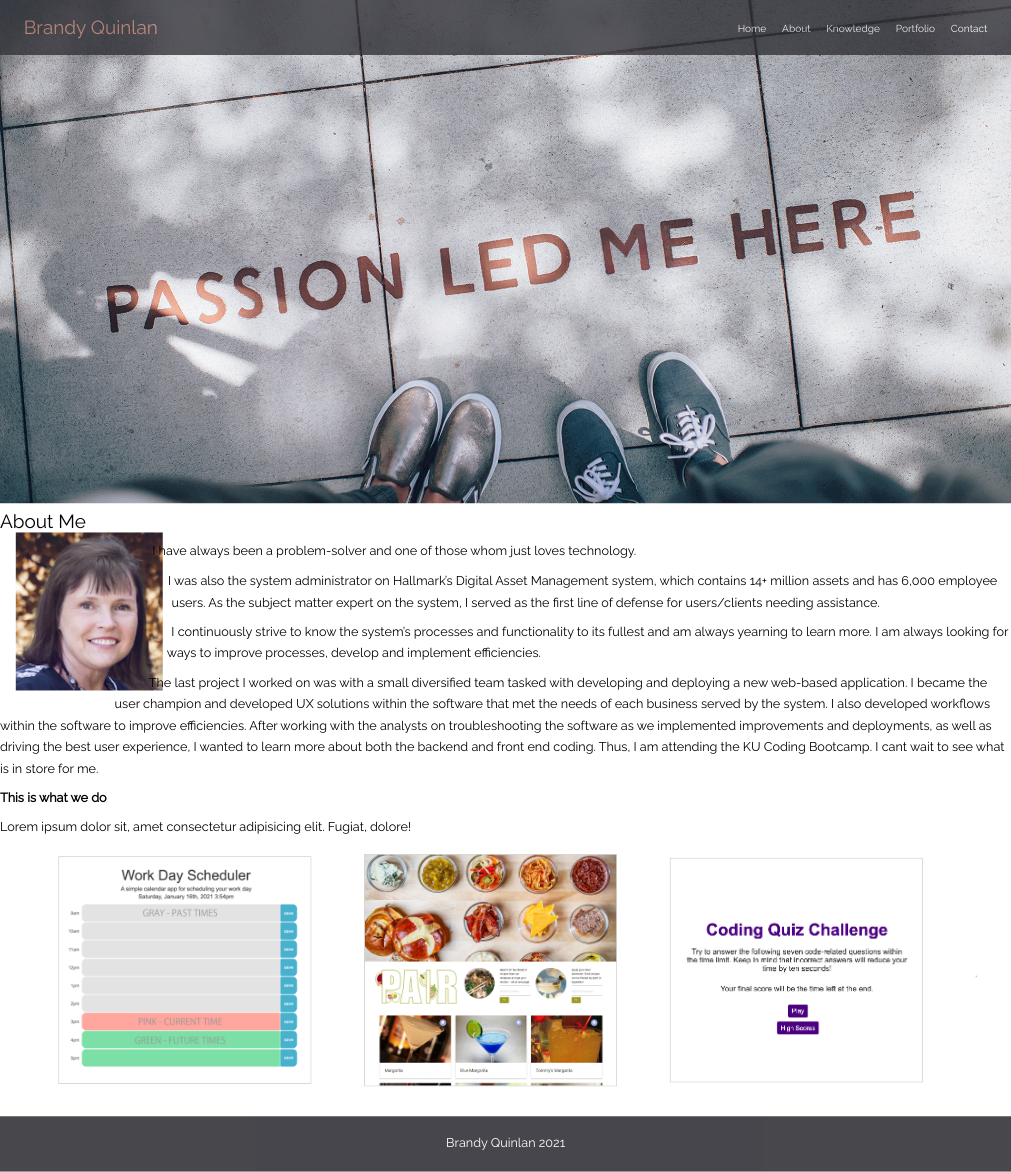
Repository: brandyquinlan/brandyquinlan
Page: index.html
An editor plug-in stored every save of this project. The page is shown before and after the next save, followed by the edit.
The browser window is 1280 px wide. The pictures show the whole page, at 79% of full size.
Some web libraries are served in a nearby version.

Above is the page before, as saved 2021-02-05 20:51:20.

### index.html
<!DOCTYPE html>
<html lang="en">

<head>
    <meta charset="UTF-8">
    <meta name="viewport" content="width=device-width, initial-scale=1.0">
    <link href="https://fonts.googleapis.com/css2?family=Roboto" rel="stylesheet">
    <link href="https://fonts.googleapis.com/css2?family=Raleway" rel="stylesheet">

    <link rel="stylesheet" href="https://cdnjs.cloudflare.com/ajax/libs/font-awesome/5.13.0/css/all.min.css" integrity="sha256-h20CPZ0QyXlBuAw7A+KluUYx/3pK+c7lYEpqLTlxjYQ=" crossorigin="anonymous" />
    <link rel="stylesheet" href="css/style.css">
    <title>Quinlan Portfolio</title>
</head>

<body id="home">
    <header class="hero">
        <div id="navbar" class="navbar">
            <h1 class="name">Brandy Quinlan</h1>
            <nav>
                <ul>
                    <li><a href="#home">Home</a></li>
                    <li><a href="#about">About</a></li>
                    <li><a href="#knowledge">Knowledge</a></li>
                    <li><a href="portfolio.html">Portfolio</a></li>
                    <li><a href="contact.html">Contact</a></li>
                </ul>
            </nav>
        </div>
        <section class="container">
            <img src="img/ian-schneider-TamMbr4okv4-unsplash.png" alt="" class="no-repeat  center center/cover">
        </section>
        <!-- <div id="content">
            <h1>My Slogan</h1>
            <p>Lorem ipsum dolor sit amet, consectetur adipisicing elit. Delectus, molestiae.</p>
        </div> -->
    </header>

    <!-- About -->
    <section id="aboutMe">
        <h1>About Me</h1>
        <div id="aboutRow1">

            <img class="float-left img-fluid mr-4 w-25" src="img/Me_copy.png" alt="Brandy Quinlan">
        </div>
        <p>
            I have always been a problem-solver and one of those whom just loves technology.
        </p>
        <p>
            I was also the system administrator on Hallmark’s Digital Asset Management system, which contains 14+ million assets and has 6,000 employee users. As the subject matter expert on the system, I served as the first line of defense for users/clients needing
            assistance.
        </p>
        <p> I continuously strive to know the system’s processes and functionality to its fullest and am always yearning to learn more. I am always looking for ways to improve processes, develop and implement efficiencies.
        </p>
        <p>
            The last project I worked on was with a small diversified team tasked with developing and deploying a new web-based application. I became the user champion and developed UX solutions within the software that met the needs of each business served by the
            system. I also developed workflows within the software to improve efficiencies. After working with the analysts on troubleshooting the software as we implemented improvements and deployments, as well as driving the best user experience, I
            wanted to learn more about both the backend and front end coding. Thus, I am attending the KU Coding Bootcamp. I cant wait to see what is in store for me.
        </p>

    </section>
    <!-- Portfolio Gallery -->
    <section class="projects flex-grid section-padding">
        <header class="section-header">
            <h4>This is what we do</h4>
            <p>
                Lorem ipsum dolor sit, amet consectetur adipisicing elit. Fugiat, dolore!
            </p>
        </header>
        <div class="row">
            <div class="projectsGallery">

                <a href="https://brandyquinlan.github.io/HW05_Day_Planner/" target=”_blank”>
                    <img src="img/day_planner.png" alt="" />
                </a>
                <a href="https://brandyquinlan.github.io/PAIR/" target=”_blank”>
                    <img src="/img/PAIR.png" alt="" />
                </a>
                <a href="https://brandyquinlan.github.io/HW04_Coding_Quiz/" target=”_blank”>
                    <img src="img/code-quiz.png" alt="Code Quiz Project" />
                </a>
                <a href="">
                    <img src="" alt="" />
                </a>
            </div>
    </section>
    <footer>
        <div>
            <p>Brandy Quinlan 2021</p>
        </div>
    </footer>

</body>

</html>

### css/style.css
        * {
            box-sizing: border-box;
            margin: 0;
            padding: 0;
        }
        /* Base Styles */

        body {
            font-family: 'Raleway', sans-serif;
            background: #fff;
            /* color: #333; */
            line-height: 1.7;
        }

        h1,
        h2 {
            font-weight: 250;
            font-size: 1.5rem;
            line-height: 1.2;
        }

        ul {
            list-style: none;
        }

        p {
            margin: 10px 0;
        }

        a {
            text-decoration: none;
            color: #333;
        }

        img {
            max-width: 100%;
        }
        /* Header */

        header h1 {
            color: #bf8273;
            padding-left: 10px;
        }
        /* Navbar */

        #navbar {
            display: flex;
            align-items: center;
            justify-content: space-between;
            width: 100%;
            height: 70px;
            position: fixed;
            top: 0px;
            background: #333339;
            color: #fff;
            opacity: .8;
            padding: 0 20px;
        }

        #navbar a {
            color: #fff;
            padding: 10px 10px;
            font-size: .8rem;
        }

        #navbar a:hover {
            color: #a35a4e;
        }

        #navbar ul {
            display: flex;
        }
        /* About */

        #about {
            border: 30px #5b8f9c solid;
            padding: 30px 80px;
            background: #f4f4f4;
            color: #333;
            /* background: #99999d;
            color: #fff; */
            font-size: .9rem;
        }

        #about h1 {
            color: #e6978a;
            padding-bottom: 20px;
        }

        #aboutRow1 {
            float: left;
            /* padding: 20px; */
            justify-content: space-between;
            margin: 0 20px;
            shape-outside: circle();
        }

        #about img {
            border-radius: 50%;
            margin-right: 50px;
            width: 150px;
            height: 150px;
        }
        /* Knowledge */

        #knowledge h1 {
            /* border-top: #99999d 5px solid; */
            color: #e6978a;
            /* font-weight: bolder; */
            padding: 20px 0 0 80px;
            background: #fff;
        }

        .blocks {
            position: relative;
            top: 20px;
            height: 230px;
            font-size: .9rem;
            background: #f4f4f4;
            border: #ccc 1px dashed;
        }

        .box {
            float: left;
            width: 30%;
            padding: 30px;
            text-align: center;
        }

        .box i {
            margin-bottom: 10px;
        }

        .blocks #box2 {
            background: #e6978a;
            color: #fff;
            height: 230px;
            width: 40%;
            /* position: relative;
            top: -10px; */
        }

        .blocks p {
            margin-bottom: 25px;
        }

        .blocks .btn {
            background: #333;
            color: #fff;
            padding: 5px 15px;
            margin-top: 15px;
            cursor: pointer;
        }

        .blocks .btn:hover {
            opacity: .8;
        }
        /* Projects */

        .projectsGallery {
            padding: 10px 10px 20px 40px;
            display: flex;
            justify-content: space-around;
            align-items: center;
        }

        .projects img {
            border: #ccc 1px solid;
            width: 25vw;
        }

        .projectsGallery p {
            background: #e6978a;
        }

        .projects h1 {
            justify-content: center;
            color: #e6978a;
            padding: 40px 0 0 80px;
        }
        /* Contact */
        /* .form-group {
            align-items: center;
        } */

        #contact {
            display: flex;
            justify-content: space space-between;
            width: 100%;
            max-width: 1920px;
            margin-top: 40px;
            padding: 20px 80px;
            background: #99999d;
            color: #fff;
            font-size: .9rem;
        }

        #contact .column2 {
            width: 40vw;
            align-items: center;
            margin-left: 40px;
            padding: 25px;
            font-size: .9rem;
            border: 15px solid #67a5b4;
        }

        #contact form {
            width: 40vw;
            outline-color: #e6978a;
        }

        #contact input {
            /* display: inline-block;
            flex-direction: column; */
            width: 100%;
            /* margin: 5px 0 0 0; */
            padding: 5px;
            outline: none;
            outline-color: #e6978a;
            /* border-top-style: hidden;
            border-right-style: hidden; */
            border-style: hidden;
            /* border-bottom-style: groove; */
        }

        #contact label {
            /* display: inline-block; */
            margin-bottom: 5px;
            outline-color: #e6978a;
        }

        #contact textarea {
            height: 60px;
            width: 100%;
            outline-color: #e6978a;
            border-style: hidden;
        }

        #contact .btn {
            border-style: hidden;
            text-align: center;
            background: #e6978a;
            width: 30%;
            margin: 5px 0 5px 0;
            padding: 5px;
            color: #333339;
            /* outline: none; */
            /* background: #e6978a; */
            /* outline: none; */
        }

        #contact h1 {
            padding-top: 5px;
        }
        /* Footer */

        footer {
            background: #333339;
            opacity: .9;
            height: 70px;
        }

        footer p {
            display: flex;
            align-items: center;
            justify-content: center;
            color: #fff;
            padding-top: 20px;
        }

        @media(max-width:768px) {}

After the next save:
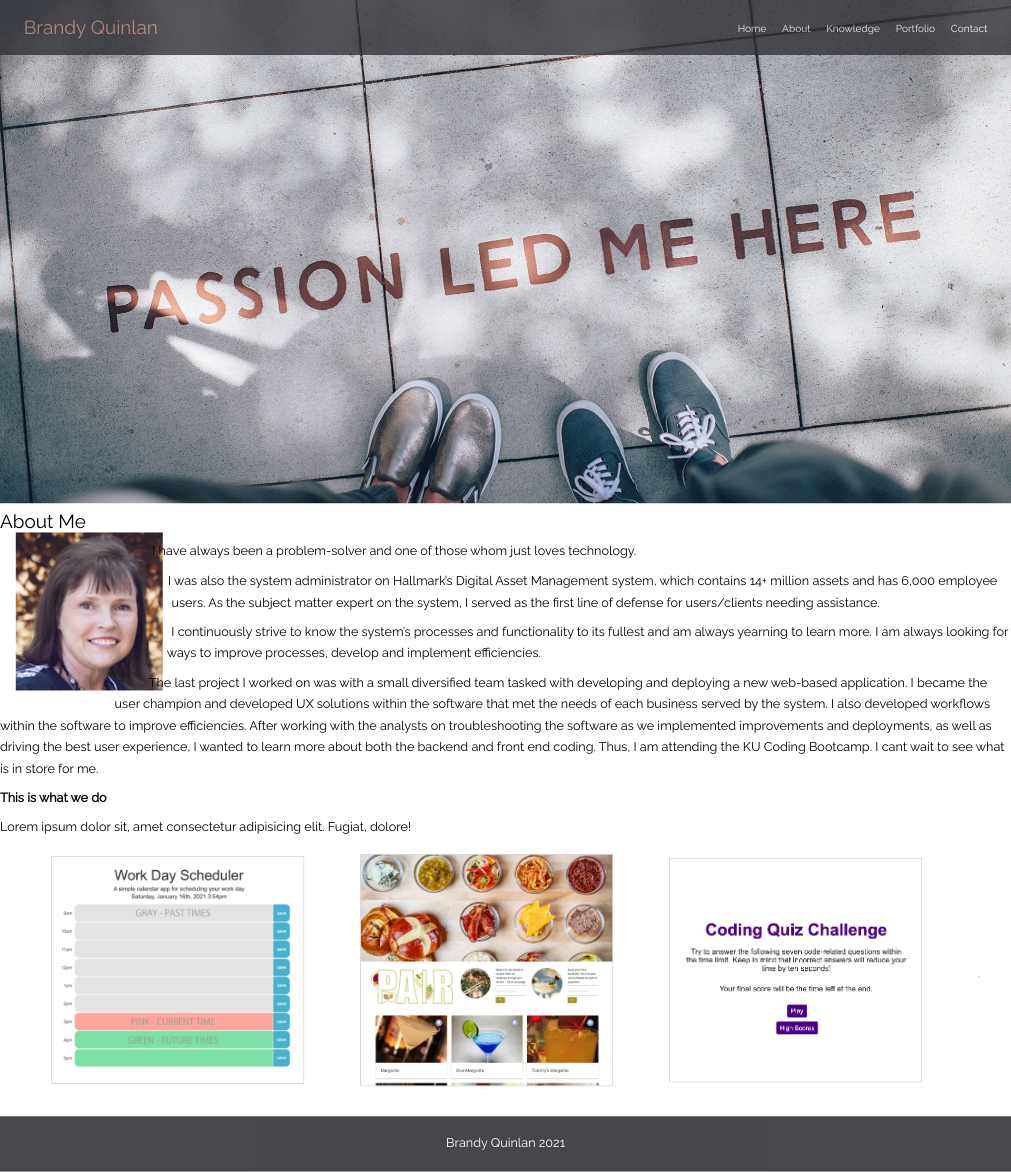
Saved 2 min 49 s later.
--- a/css/style.css
+++ b/css/style.css
@@ -158,7 +158,7 @@
         /* Projects */
 
         .projectsGallery {
-            padding: 10px 10px 20px 40px;
+            padding: 10px 5px 20px 30px;
             display: flex;
             justify-content: space-around;
             align-items: center;
